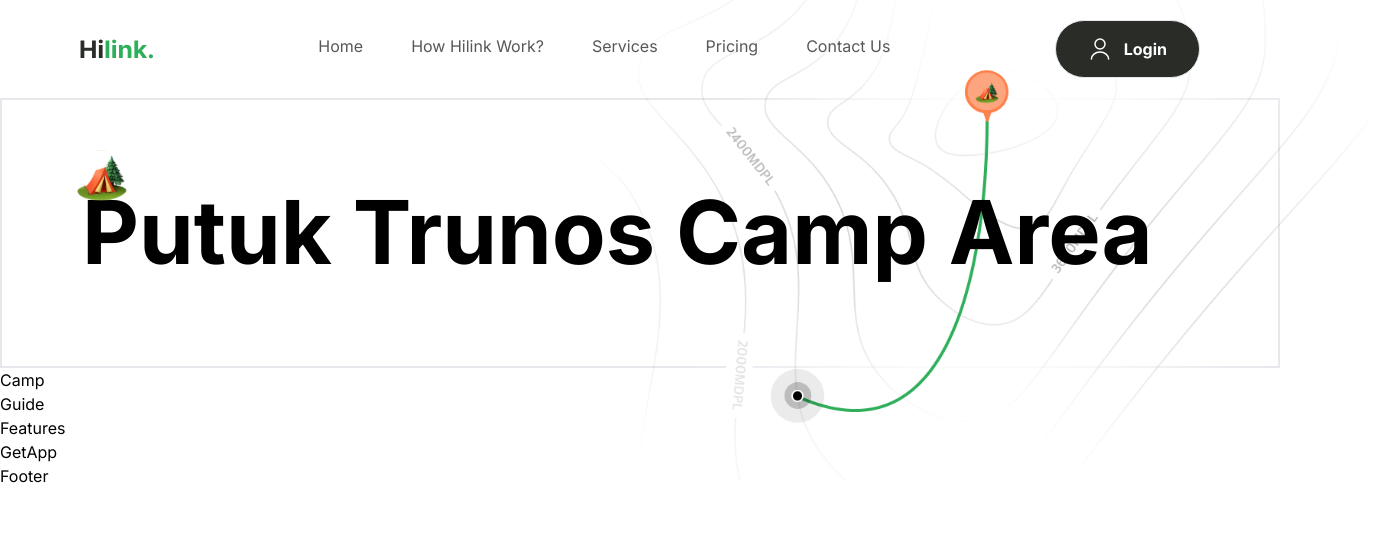
Repository: SouthpawC0der/Modern-reactsite
Page: /
An editor plug-in stored every save of this project. The page is shown before and after the next save, followed by the edit.
The browser window is 1280 px wide. The page is 1392 px wide, so the pictures cover 1392 px, including what lies to the right of the window. The pictures show the whole page.
The project was rebuilt for these pictures with package versions that can differ from the ones it lists, and the page was loaded fresh each time. The framework's server and built-in components were replaced by stand-ins that run in the browser. Also part of the build but not shown: next.config.ts.

Above is the page before, as saved 2025-01-30 11:06:20.

### app/layout.tsx
import type { Metadata } from "next";
import "./globals.css";
import Navbar from "@/components/Navbar";
import Footer from "@/components/Footer";

export default function RootLayout({
  children,
}: Readonly<{
  children: React.ReactNode;
}>) {
  return (
    <html lang="en">
      <body>
        <Navbar />
        <main className="relative-overflow-hidden">
        {children}
        </main>
        <Footer />
      </body>
    </html>
  );
}

### app/page.tsx
import Camp from "@/components/Camp";
import Features from "@/components/Features";
import GetApp from "@/components/GetApp";
import Guide from "@/components/Guide";
import Hero from "@/components/Hero";


export default function Home() {
  return (
    <>
    <Hero />
    <Camp />
    <Guide />
    <Features />
    <GetApp />
    </>
  );
}

### app/globals.css

@import url('https://fonts.googleapis.com/css2?family=Inter:wght@400;500;600;700;800&display=swap');

@tailwind base;
@tailwind components;
@tailwind utilities;

* {
  margin: 0;
  padding: 0;
  box-sizing: border-box;
}

body {
  font-family: Inter;
}

@layer utilities {
  .btn_white {
    @apply  border-white bg-white px-8 py-3 text-green-50
  }
  .btn_white_text  {
    @apply  border-white bg-white px-8 py-3 text-gray-90
  }
  .btn_green  {
    @apply  border-green-50 bg-green-50 px-8 py-5 text-white
  }
  .btn_dark_green {
    @apply  bg-green-90 px-8 py-4 text-white transition-all hover:bg-black
  }
  .btn_dark_green_outline  {
    @apply border-gray-20 bg-green-90 px-8 py-5 text-white
  }

  .max-container {
    @apply mx-auto max-w-[1440px];
  }

  .padding-container {
    @apply px-6 lg:px-20 3xl:px-0;
  }

  .flexCenter {
    @apply flex items-center justify-center;
  }

  .flexBetween {
    @apply flex items-center justify-between;
  }

  .flexStart {
    @apply flex items-center justify-start;
  }

  .flexEnd {
    @apply flex items-center justify-end;
  }

  /* FONTS */
  .regular-64 {
    @apply text-[64px] font-[400] leading-[120%];
  }

  .regular-40 {
    @apply text-[40px] font-[400] leading-[120%];
  }

  .regular-32 {
    @apply text-[32px] font-[400];
  }

  .regular-24 {
    @apply text-[24px] font-[400];
  }

  .regular-20 {
    @apply text-[20px] font-[400];
  }

  .regular-18 {
    @apply text-[18px] font-[400];
  }

  .regular-16 {
    @apply text-[16px] font-[400];
  }

  .regular-14 {
    @apply text-[14px] font-[400];
  }

  .medium-14 {
    @apply text-[14px] font-[600];
  }

  .bold-88 {
    @apply text-[88px] font-[700] leading-[120%];
  }

  .bold-64 {
    @apply text-[64px] font-[700] leading-[120%];
  }

  .bold-52 {
    @apply text-[52px] font-[700] leading-[120%];
  }

  .bold-40 {
    @apply text-[40px] font-[700] leading-[120%];
  }

  .bold-32 {
    @apply text-[32px] font-[700] leading-[120%];
  }

  .bold-20 {
    @apply text-[20px] font-[700];
  }

  .bold-18 {
    @apply text-[18px] font-[700];
  }

  .bold-16 {
    @apply text-[16px] font-[700];
  }

  /* Hero */
  .hero-map {
    @apply absolute right-0 top-0 h-screen w-screen bg-pattern-2 bg-cover bg-center md:-right-28 xl:-top-60;
  }

  /* Camp */
  .camp-quote {
    @apply absolute -right-6 bottom-4 w-[140px] lg:bottom-10 xl:-right-8 xl:w-[186px] 3xl:right-0;
  }

  /* Feature */
  .feature-phone {
    @apply absolute top-[13%] z-10 hidden max-w-[1500px] rotate-[15deg] md:-left-16 lg:flex  3xl:left-20;
  }

  /* Get App */
  .get-app {
    @apply max-container relative flex w-full  flex-col justify-between gap-32 overflow-hidden bg-green-90 bg-pattern bg-cover bg-center bg-no-repeat px-6 py-12 text-white sm:flex-row sm:gap-12 sm:py-24 lg:px-20 xl:max-h-[598px] 2xl:rounded-5xl;
  }
}

/* Hide scrollbar for Chrome, Safari and Opera */
.hide-scrollbar::-webkit-scrollbar {
  display: none;
}

/* Hide scrollbar for IE, Edge and Firefox */
.hide-scrollbar {
  -ms-overflow-style: none; /* IE and Edge */
  scrollbar-width: none; /* Firefox */
}

### components/Navbar.tsx
import { NAV_LINKS } from '@/constants'
import Image from 'next/image'
import Link from 'next/link'
import React from 'react'
import Button from './Button'

const Navbar = () => {
  return (
    <nav className='flexBetween max-container padding-container relative z-30 py-5'>
        <Link href="/">
          <Image src="/hilink-logo.svg" alt='logo' width={74} height={29} />
        </Link>

          <ul className='hidden h-full gap-12 lg:flex'>
             {NAV_LINKS.map((link) => (
                <Link href={link.href} key={link.key}
                className='regular-16 text-gray-50 flexCenter cursor-pointer pb-1.5 transition-all hover:font-bold'
                >
                    {link.label}
                </Link>
             ))}
          </ul>

          <div className='lg:flexCenter hidden'>
            <Button
            type='button'
            title='Login'
            icon='/user.svg'
            variant='btn_dark_green'
            />
          </div>

          <Image
          src='menu.svg'
          alt='menu'
          width={32}
          height={32}
          className='inline-block cursor-pointer lg:hidden'
          />
    </nav>
  )
}


export default Navbar

### components/Hero.tsx
import Image from 'next/image'
import React from 'react'

const Hero = () => {
  return (
    <section className='max-container padding-container flex flex-col gap-20 py-10 pb-32 md:gap-28
     lg:py-20 xl:flex-row border-2'>
        <div className='hero-map' />

        <div className='relative z-10 flex flex-1 flex-col xl:w-1/2'>
            <Image
            src='/camp.svg'
            alt='camp'
            width={50}
            height={50}
            className='absolute left-[-5px] top-[-30px] w-10 lg:w-[50px]'
             />
             <h1 className='bold-32 lg:bold-88'>Putuk Trunos Camp Area</h1>
        </div>
    </section>
  )
}

export default Hero

### components/Button.tsx
import Image from 'next/image';
import React from 'react'

type ButtonProps = {
    type: 'button' | 'submit';
    title: string;
    icon?: string,
    variant: 'btn_dark_green'
}

const Button = ( {type, title, icon, variant }: ButtonProps) => {
  return (
    <button
    className={`flexCenter gap-3 rounded-full border ${variant}`}
    type={type}

    >
        {icon && <Image src={icon} alt={title} width={24} height={24} />}
        <label className='bold-16 whitespace-nowrap'>{title}</label>
    </button>
  )
}

export default Button

Loaded but not shown: components/Footer.tsx (common file); components/Camp.tsx (common file); components/Features.tsx (common file); components/GetApp.tsx (common file); components/Guide.tsx (common file); constants/index.ts (common file); tailwind.config.ts (common file)

After the next save:
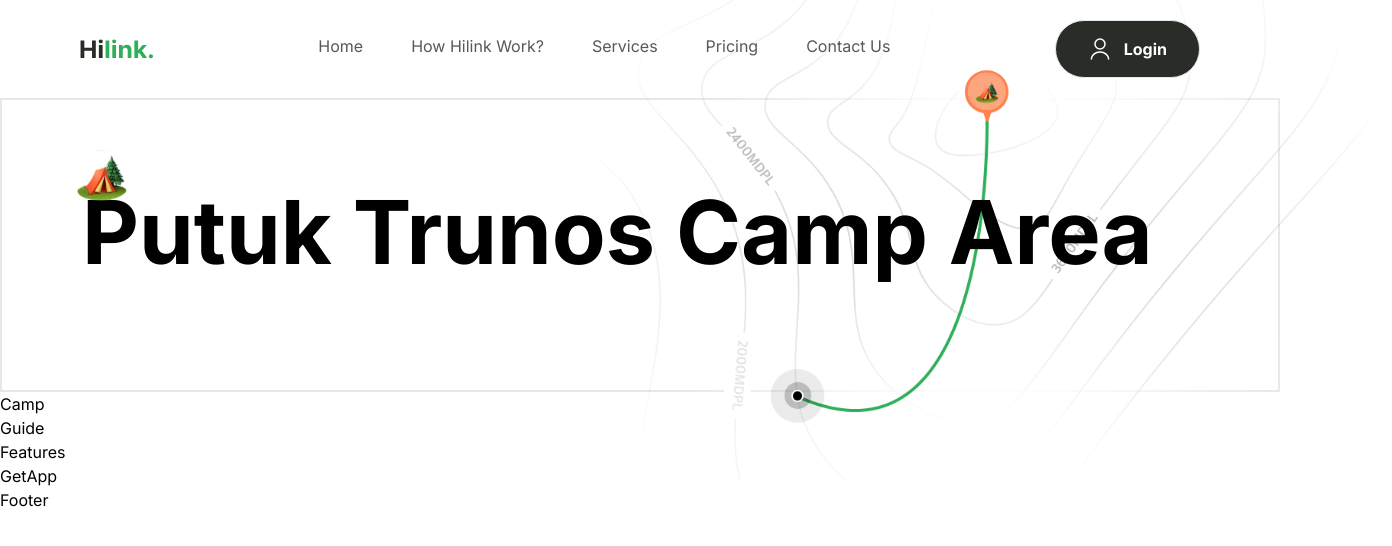
Saved 114 s later.
--- a/components/Hero.tsx
+++ b/components/Hero.tsx
@@ -16,6 +16,9 @@ const Hero = () => {
             className='absolute left-[-5px] top-[-30px] w-10 lg:w-[50px]'
              />
              <h1 className='bold-32 lg:bold-88'>Putuk Trunos Camp Area</h1>
+             <p className='regular-16 mt-6 text-gray-30 xl:max-[520px]'>
+
+             </p>
         </div>
     </section>
   )
